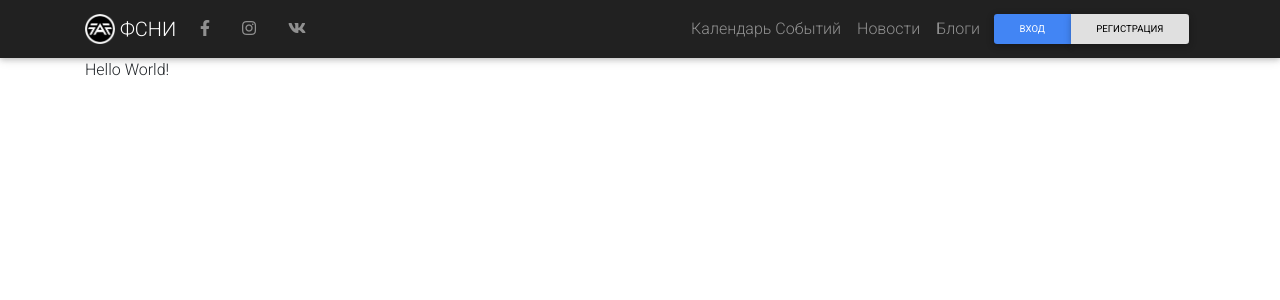
Repository: alexey1986/fsni_test
Page: /
These files come from the project's save history. The page is drawn as it stood at one moment and after the next save; the edit follows.
The browser window is 1280 px wide. The pictures show the whole page.
The project was rebuilt for these pictures with package versions that can differ from the ones it lists, and the page was loaded fresh each time.

Above is the page before, as saved 2020-08-29 09:21:33.

After the next save:
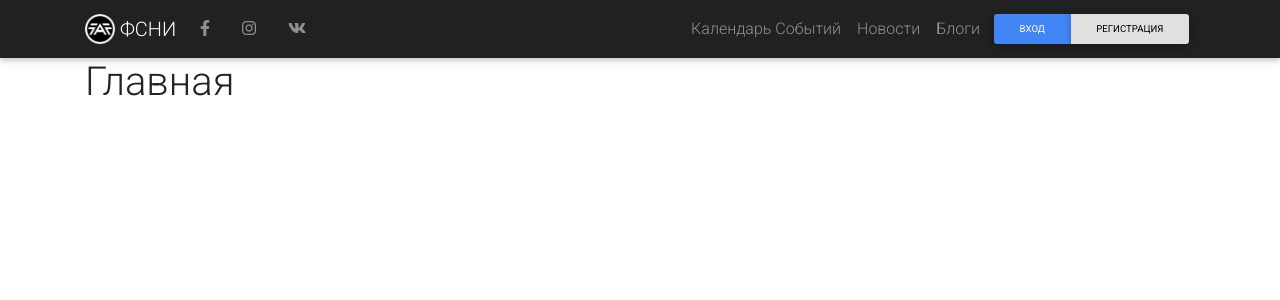
Saved 28 s later.
--- a/src/pages/home.jsx
+++ b/src/pages/home.jsx
@@ -1,6 +1,6 @@
 import React from 'react';
 import { Container, Row, Col } from 'react-bootstrap';
 
-const Home = () => <Container>Hello World!</Container>
+const Home = () => <Container><h1>Главная</h1></Container>
 
 export default Home;
